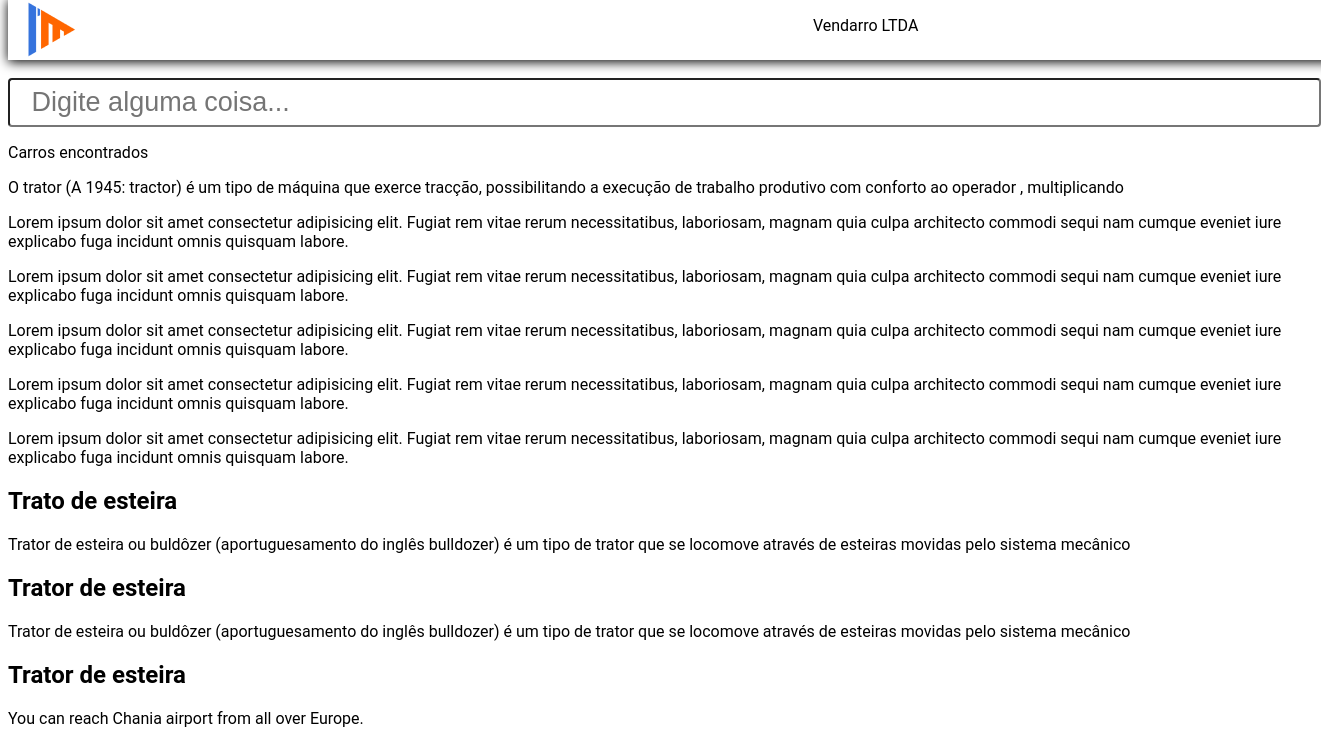
Repository: ecrseer/pesquisa-carros-html
Page: index.html
An editor plug-in stored every save of this project. The page is shown before and after a run of saves, followed by the edit.
The browser window is 1280 px wide. The page is 1321 px wide, so the pictures cover 1321 px, including what lies to the right of the window. The pictures show the whole page.

Above is the page before, as saved 2022-01-21 17:04:00.

### index.html
<!doctype html>

<html lang="pt-br">
  <html lang="pt-br">
    <head>
        <meta charset="UTF-8"/>
        <meta name="viewport" content="width=device-width,
        initial-scale=1.0"/>
        <meta http-equiv="X-UA-Compatible" content="ie=edge">
        <title>Vendarro LTDA</title>

  <link rel="stylesheet" href="index.css">

</head>

<body class="wid100">
    <nav class="header flex wid70">
      <img src="./imgs/logo.png" alt="">
      <div></div>
      <p>Vendarro LTDA</p>

      </nav>
      <div class="">
        <div class="espaco"></div>
        <div class="row">
               <input type="text" class="wid100 borda-redonda"
               placeholder="Digite alguma coisa...">
        </div>


        <div class="row">
          <p>Carros encontrados</p>
          <p>O trator (A 1945: tractor) é um tipo de máquina que exerce tracção,
             possibilitando a execução de trabalho produtivo com conforto ao operador
             , multiplicando </p>
             <p>Lorem ipsum dolor sit amet consectetur adipisicing elit. Fugiat rem vitae rerum necessitatibus, laboriosam, magnam quia culpa architecto commodi sequi nam cumque eveniet iure explicabo fuga incidunt omnis quisquam labore.</p>
             <p>Lorem ipsum dolor sit amet consectetur adipisicing elit. Fugiat rem vitae rerum necessitatibus, laboriosam, magnam quia culpa architecto commodi sequi nam cumque eveniet iure explicabo fuga incidunt omnis quisquam labore.</p>
             <p>Lorem ipsum dolor sit amet consectetur adipisicing elit. Fugiat rem vitae rerum necessitatibus, laboriosam, magnam quia culpa architecto commodi sequi nam cumque eveniet iure explicabo fuga incidunt omnis quisquam labore.</p>
             <p>Lorem ipsum dolor sit amet consectetur adipisicing elit. Fugiat rem vitae rerum necessitatibus, laboriosam, magnam quia culpa architecto commodi sequi nam cumque eveniet iure explicabo fuga incidunt omnis quisquam labore.</p>
             <p>Lorem ipsum dolor sit amet consectetur adipisicing elit. Fugiat rem vitae rerum necessitatibus, laboriosam, magnam quia culpa architecto commodi sequi nam cumque eveniet iure explicabo fuga incidunt omnis quisquam labore.</p>
        </div>

        <div class="col-3 col-s-12">
          <div class="aside">
            <h2>Trato de esteira</h2>
            <p>Trator de esteira ou buldôzer (aportuguesamento do inglês bulldozer) é um tipo de trator que se locomove através de esteiras movidas pelo sistema mecânico</p>
            <h2>Trator de esteira</h2>
            <p>Trator de esteira ou buldôzer (aportuguesamento do inglês bulldozer) é um tipo de trator que se locomove através de esteiras movidas pelo sistema mecânico</p>
            <h2>Trator de esteira</h2>
            <p>You can reach Chania airport from all over Europe.</p>

          </div>
        </div>


      </div>

  <script src="scripts.js"></script>

</body>
</html>

### index.css
* {
    --topbar-altura:60px;
  }

  html {
    font-family: "Roboto","Lucida Sans", sans-serif;

  }
  .espaco{
    height: calc(var(--topbar-altura) + 10px);
  }
  .wid100{
    width: 100%;
  }
  .wid70{
    width: 70%;
  }
  .borda-redonda{
    border-radius: 4px;
  }
  input{
    padding: 1vh;
    padding-left: 3vh;
    font-size: 27px;
  }

  .header {
    background: white;
    position: fixed;
    top:0;

    max-height: var(--topbar-altura);
    box-shadow: 1px 1px 11px 1px;
    padding: 0 2vh;
    padding-right: 424px;
  }
  .flex{
    display: flex;
    justify-content: space-between;
  }

### scripts.js
function recurs(nmbr){

    if (nmbr==1)
    return 1;
    else
    arr.push(3*recurs(nmbr-1));
}

let
    isWhite = false,
    arr=[];
    let
    fixo=new Array(5);

    fixo[0]='E';
    fixo[4]='S';
    console.log(fixo);


function changeTheme(){
    isWhite ? document.querySelector("body").style.backgroundColor='#010101' :
    document.querySelector("body").style.backgroundColor='#fff';

    isWhite= !isWhite;

    function hapn(){
        console.log('data');
    }

    console.log(arr);
}

After the next 4 saves:
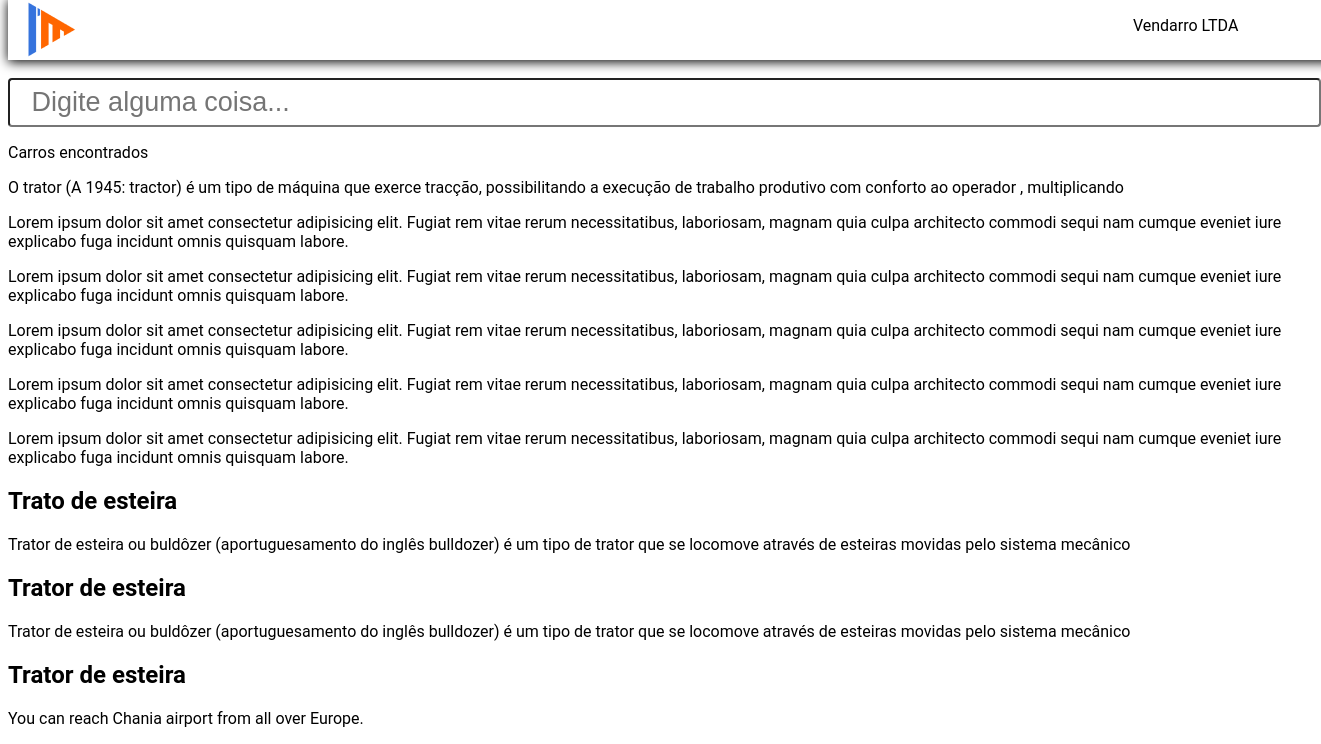
The 4 saves are shown as one change because they came seconds apart.
The last was saved 39 s later.
--- a/index.css
+++ b/index.css
@@ -13,7 +13,7 @@
     width: 100%;
   }
   .wid70{
-    width: 70%;
+    width: 95%;
   }
   .borda-redonda{
     border-radius: 4px;
